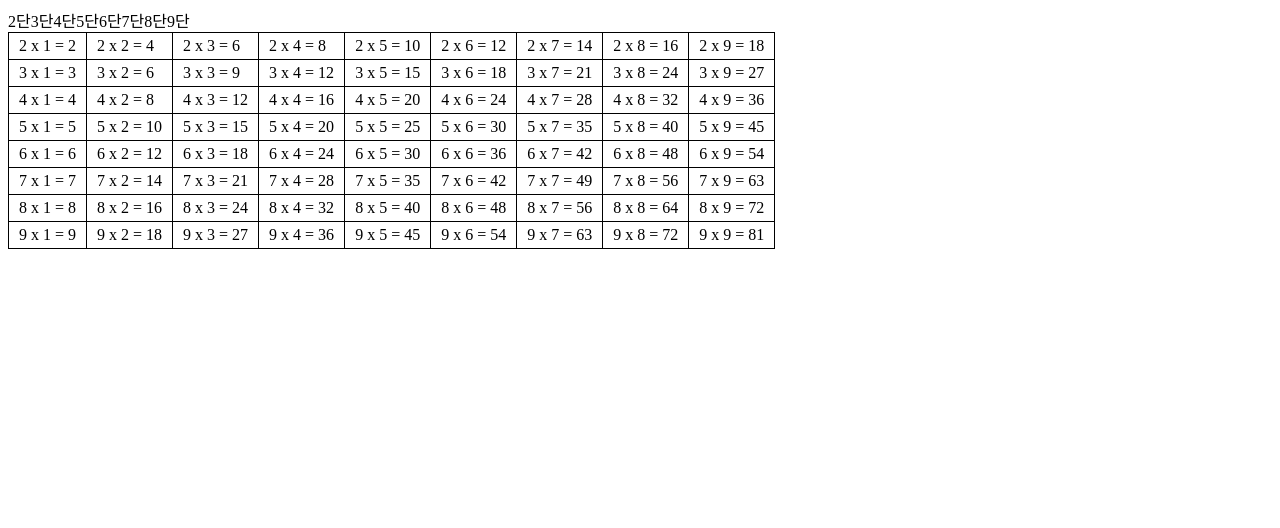
Repository: carnelli95/workspace_JSP
Page: http://localhost/MustHaveJSP/JSPMission/Gugudan2.jsp
An editor plug-in stored every save of this project. The page is shown before and after the next save, followed by the edit.
The browser window is 1280 px wide. The pictures show the whole page.
The page is served by Tomcat 10. Other server files are loaded and not shown.

Above is the page before, as saved 2025-09-30 07:53:27.

### MustHaveJSP/src/main/webapp/JSPMission/Gugudan2.jsp
<%@ page language="java" contentType="text/html; charset=UTF-8"
    pageEncoding="UTF-8"%>
<!DOCTYPE html>
<html>
 <style>
 table {
 border:1px solid;
 border-collapse: collapse;
 }
 td, tr {
 border:1px solid;
 padding: 4px 10px;
 }
 .title {
 text-align: center;
 background-color: lightgray;
 }
 </style>
<head>
<meta charset="UTF-8">
<title>Insert title here</title>
</head>
<body>
<table>
	<%
		for(int i = 2; i <= 9; i++) {
			out.println("<tr>" + i + "단</tr>");
			for(int j = 1; j <= 9; j++) {
				out.print("<td>" + i + " x " + j  + " = " + i * j + "</td>" + "\t");
			}
		}
	%>
</table>
</body>
</html>

After the next save:
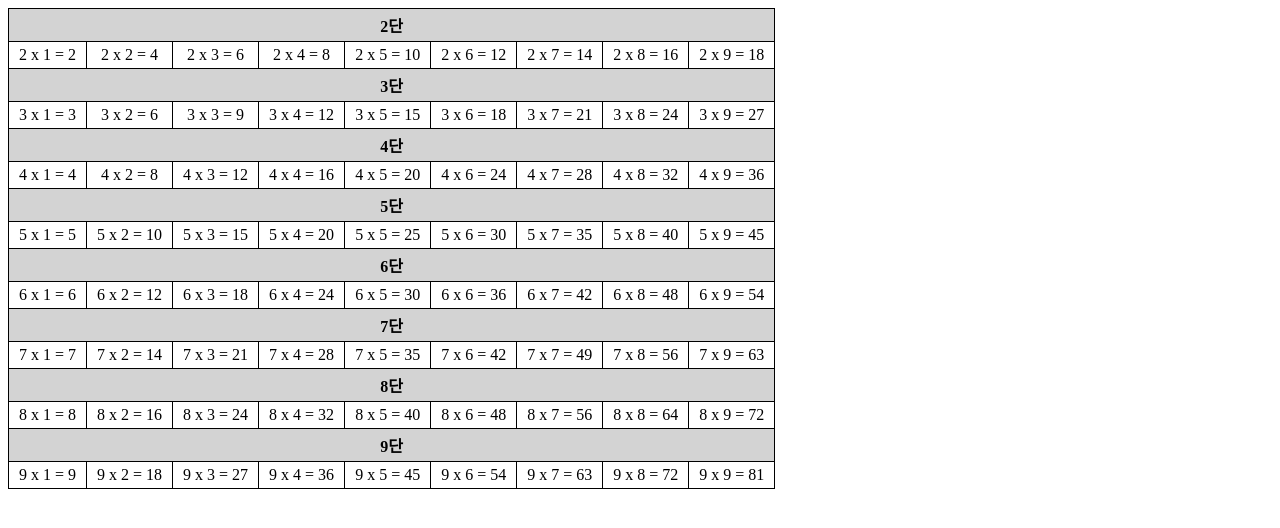
Saved 100 s later.
--- a/MustHaveJSP/src/main/webapp/JSPMission/Gugudan2.jsp
+++ b/MustHaveJSP/src/main/webapp/JSPMission/Gugudan2.jsp
@@ -7,27 +7,38 @@
  border:1px solid;
  border-collapse: collapse;
  }
- td, tr {
+ td, th {
  border:1px solid;
  padding: 4px 10px;
+ text-align: center;
  }
  .title {
- text-align: center;
  background-color: lightgray;
+ font-weight: bold;
  }
  </style>
 <head>
 <meta charset="UTF-8">
-<title>Insert title here</title>
+<title>구구단 테이블</title>
 </head>
 <body>
 <table>
 	<%
 		for(int i = 2; i <= 9; i++) {
-			out.println("<tr>" + i + "단</tr>");
+	%>
+	<tr>
+		<th class="title" colspan="9"><%= i %>단</th>
+	</tr>
+	<tr>
+		<%
 			for(int j = 1; j <= 9; j++) {
-				out.print("<td>" + i + " x " + j  + " = " + i * j + "</td>" + "\t");
+		%>
+			<td><%= i %> x <%= j %> = <%= i * j %></td>
+		<%
 			}
+		%>
+	</tr>
+	<%
 		}
 	%>
 </table>
